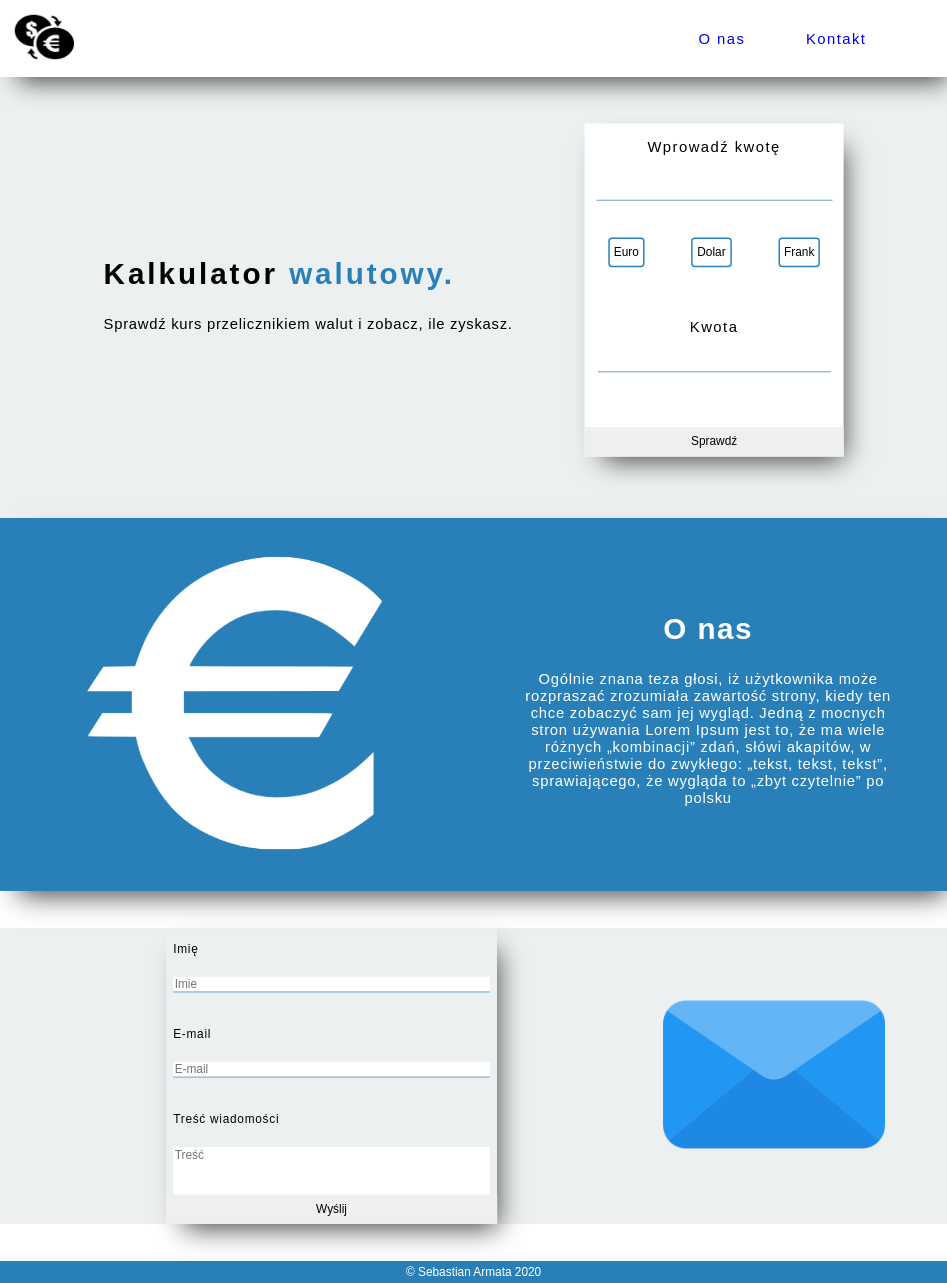
Repository: SebastianArmata22/Kalkulator-walut
Page: index.html
These files come from the project's save history. The page is drawn as it stood at one moment and after the next save; the edit follows.
The browser window is 1280 px wide. The pictures show the whole page, at 74% of full size.

Above is the page before, as saved 2020-10-26 10:09:10.

### index.html
<!DOCTYPE html>

<html>
    <head>
        <meta charset="utf-8">
        <meta http-equiv="X-UA-Compatible" content="IE=edge">
        <title>Kalkulator walut</title>
        <meta name="description" content="">
        <meta name="viewport" content="width=device-width, initial-scale=1">
        <link rel="stylesheet" href="style.css">
    </head>
    <body>

    <div class="container">
        <nav>
        <div class="menu-container">
            <div class="logo">
                <a href="#"><img src="./photos/logo.png"></a>
            </div>
            <div class="menu">
                <ul>
                    <li><a href="#about-us">O nas</a></li>
                    <li><a href="#contact">Kontakt</a></li>
                </ul>
            </div>
        </div>
        </nav>
        <section>
        <div class="main-content">
            <div class="calculator-content">
            <div class="text">
                <h1>Kalkulator <span>walutowy.</span></h1>
                <p>Sprawdź kurs przelicznikiem walut i zobacz, ile zyskasz.</p>
            </div>
            <div class="calculator ">
                <label for="inputNumber" class="text-label">Wprowadź kwotę</label><br>
                <input type="text" id="inputNumber">
                    <div class="inp-div">
                        <button id="euro">Euro</button>
                        <button id="euro">Dolar</button>
                        <button id="euro">Frank</button>
                    </div>
                <label for="outputNumber" class="text-label"> Kwota</label><br>
                <div id="outputNumber"></div>
                <button id="check">Sprawdź</button>
            </div>
        </div>
        <div class="about-us" id="about-us">
            <div class="photo-euro">
                <img src="./photos/euro-512.png">
            </div>
            <div class="abous-us-contact">
                <h1>O  nas</h1>
                <p>Ogólnie  znana  teza  głosi,  iż  użytkownika  może  rozpraszać  zrozumiała
                    zawartość  strony, kiedy ten chce zobaczyć sam jej wygląd.
                    Jedną z mocnych stron używania Lorem Ipsum jest to, że ma wiele różnych
                     „kombinacji” zdań, słówi akapitów, w przeciwieństwie do zwykłego: „tekst,
                        tekst,   tekst”,   sprawiającego,   że   wygląda   to   „zbyt   czytelnie”
                           po   polsku</p>
            </div>
        </div>
        </section>
        <div class="contact" id="contact">
            <div class="contact-form-container">
            <form class="contact-form">
                <label for="">Imię</label><br />
                <input class="name" type="text" placeholder="Imie"><br />
                <label for="">E-mail</label><br />
                <input class="email" type="email" placeholder="E-mail"><br />
                <label for="">Treść wiadomości</label><br />
                <textarea class="text-area"  placeholder="Treść"></textarea>
                <button class="">Wyślij</button>

            </form>
        </div>
            <div class="contact-img">
                <img src="./photos/email.png">
            </div>
        </div>
    </div>
    <footer>
        <div class="footer">
            <p>© Sebastian Armata 2020</p>
        </div>
    </footer>
    </div>
        <script src="script.js" ></script>
    </body>
</html>

### style.css
* {
    font-family: 'Robot', sans-serif !important;
}

h1 {
    font-weight: 800;
    font-size: 40px !important;
}

body{
    margin: 0;
    padding: 0;
    box-sizing: border-box;
}
.container{
width: 100%;
}
.menu-container{
    position: relative;
    display: flex;
    align-items: center;
    box-shadow: 12px 18px 35px -13px rgba(0,0,0,0.75);
}
.logo img{
    position: relative;
    top: 0;
    left: 0;
    height: 60px;
    width: 80px;
    padding: 20px;
}
.menu{

    position: absolute;
    right: 0;
   margin-right: 50px;
}
.menu ul li{
    display: inline-flex;
    justify-content: space-around;
}
.menu ul li a{
    display: flex;
    text-decoration: none;
    height: 50px;
    width: 100px;
    justify-content: center;
    align-items: center;
    font-size: 20px;
    letter-spacing: 2px;
    margin-right: 50px;
}

.menu ul li a:hover{
    border-bottom: 5px solid #2980b9;
    margin-bottom: -5px;
    transition: all 0.3s ease-out;

}
.main-content{
    display: flex;
    align-items: center;
    justify-content: center;
    flex-wrap: wrap;
    background-color:#ecf0f1 ;
}
.calculator-content{
    min-width: 1000px;
    height: 80vh;
    display: flex;
    align-items: center;
    justify-content:space-between;
}
.calculator{
    display: flex;
    flex-direction: column;
    box-shadow: 12px 18px 35px -13px rgba(0,0,0,0.75);
    height: 450px;
    width: 350px;
    text-align: center;
    background-color: white;
}
.text h1{
    font-size: 50px;
    letter-spacing: 4px;
}
.text p{
    font-size: 20px;
    letter-spacing: 1px;

}
#outputNumber{
    width: 90%;
    height: 30px;
    border-bottom: 1px solid #2980b9;
    margin: auto;
    margin-top: 0;

}
.calculator button{
    height: 40px;
    border-style: none;
    font-size: 16px;
}
.calculator button:hover{
    background-color: #2980b9;
    color: white;
    transition: all 0.3s ease-out;
}
.inp-div button{
    border: 2px solid #2980b9;
    background-color: white;
    border-radius: 5px;
}
.calculator input[type=text]{
    border-style: none;
    height: 40px;
    border-bottom: 1px solid #2980b9;
    width: 90%;
    margin: auto;
    margin-top: 0px;
    margin-bottom: 50px;
}
.text-label{
    margin-top: 20px;
    font-size: 20px;
    letter-spacing: 2px;
}

.inp-div{
    display: flex;
    flex-direction: row;
    align-items: center;
    justify-content: space-around;

}

.inp-div button{
margin-bottom: 50px;
}
.text span{
    color: #2980b9;
}
.about-us{
    display: flex;
    justify-content: space-around;
    align-items: center;
    margin-top: 20px;
    text-align: center;
    background-color: #2980b9;
    box-shadow: 12px 18px 35px -13px rgba(0,0,0,0.75);
}
.about-us img{
    height: 400px;
}
.abous-us-contact{
    width: 40%;
}
.abous-us-contact h1{
    letter-spacing: 2px;
    font-size: 40px;
    color: white;
}
.abous-us-contact p{
    font-size: 20px;
    letter-spacing: 1px;
    color: white;

}
.photo-euro{
    padding: 50px;
}
.contact{
    display: flex;
    align-items: center;
    justify-content: space-s;
    margin: 50px 0 50px 0;
    background-color:#ecf0f1 ;

}
.contact-form{
    display: flex;
    flex-direction: column;
    box-shadow: 12px 18px 35px -13px rgba(0,0,0,0.75);
    width: 50%;
    height: 400px;
    position: relative;
    text-align: left;
    letter-spacing: 1px;

}
.contact-form input {
    margin: 10px;
    border-style: none;
    border-bottom: 1px solid #2980b9;
    font-size: 16px;

}
.contact-form textarea
{
    margin: 10px;
    height: 100px;
    border-style: none;
    border-bottom: 1px solid #2980b9;
    font-size: 16px;
}
.contact-form label {
    margin: 20px 0 0 10px;
}
.contact-form button{
position: absolute;
bottom: 0;
width: 100%;
height: 40px;
border-style: none;
font-size: 16px;
}
.contact-form button:hover{
    background-color: #2980b9;
    color: white;
    transition: all 0.3s ease-out;
}

.contact-form-container{
    width: 70%;
    display: flex;
    align-items: center;
    justify-content: center;
}
.contact-img img{
max-width: 300px;

}
.footer{
    display: flex;
    align-items: center;
    justify-content: center;
    background-color: #2980b9;
    color: white;
    height: 30px;
}

Loaded but not shown: script.js (no copy from this time; the picture is the same without it)

After the next save:
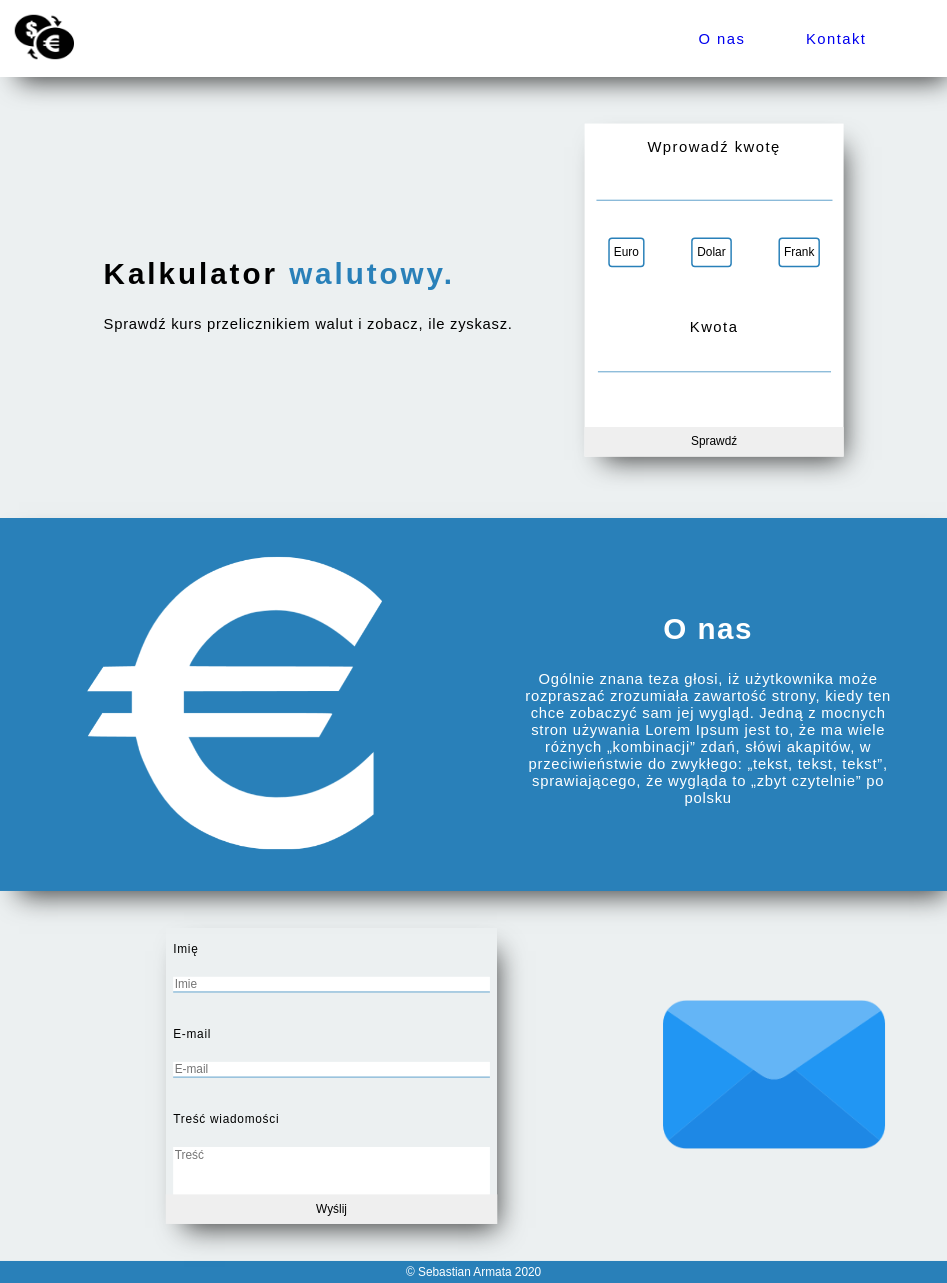
Saved 15 s later.
--- a/style.css
+++ b/style.css
@@ -174,7 +174,7 @@ margin-bottom: 50px;
     display: flex;
     align-items: center;
     justify-content: space-s;
-    margin: 50px 0 50px 0;
+    padding: 50px 0 50px 0;
     background-color:#ecf0f1 ;
 
 }
